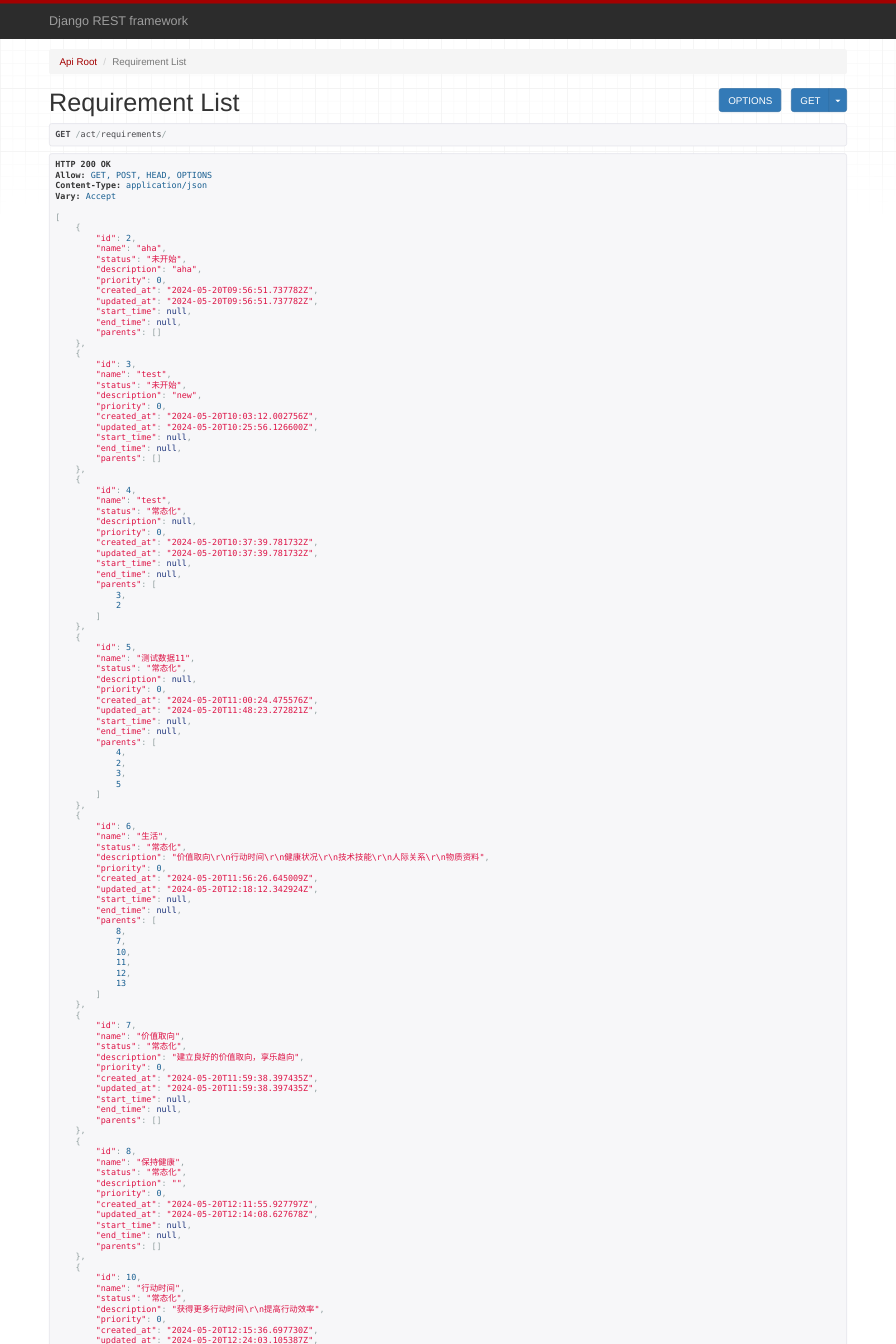
Repository: Floweroid/proj_mana
Page: http://localhost/act/requirements/
An editor plug-in stored every save of this project. The page is shown before and after a run of saves, followed by the edit.
The browser window is 1280 px wide. The pictures show the part of the page from y = 0 to 1920 px (the page is 3084 px tall before and 3182 px after), at 70% of full size.
Backgrounds fixed to the window are drawn as part of the page. The page is served by the project's application, run on Django 4.2 (manage.py). Other server files are loaded and not shown. The page reads the database file committed with the project.

Above is the page before, as saved 2024-05-20 08:43:40.

### act/models.py
from django.db import models

from django.db import models

class Requirement(models.Model):
    name = models.CharField(max_length=100, verbose_name='名称')
    STATUS_CHOICES = (
        ('常态化', '常态化'),
        ('已取消', '已取消'),
        ('已完成', '已完成'),
        ('进行中', '进行中'),
        ('未开始', '未开始'),
    )
    status = models.CharField(max_length=10, choices=STATUS_CHOICES, verbose_name='状态', default='未开始')
    description = models.TextField(verbose_name='描述', null=True,blank=True)
    priority = models.IntegerField(verbose_name='优先级', default=0)
    created_at = models.DateTimeField(auto_now_add=True, verbose_name='创建时间')
    updated_at = models.DateTimeField(auto_now=True, verbose_name='更新时间')
    parents = models.ManyToManyField('self', through='RequirementRelationship', symmetrical=False, verbose_name='父需求')

    start_time = models.DateTimeField(verbose_name='开始时间', null=True, blank=True)
    end_time = models.DateTimeField(verbose_name='结束时间', null=True, blank=True)

    def __str__(self):
        return f"#{self.id}.{self.name}"

class RequirementRelationship(models.Model):
    from_requirement = models.ForeignKey(Requirement, related_name='from_requirements', on_delete=models.CASCADE,verbose_name='源需求')
    to_requirement = models.ForeignKey(Requirement, related_name='to_requirements', on_delete=models.CASCADE,verbose_name='衍生需求')
    created_at = models.DateTimeField(auto_now_add=True)
    updated_at = models.DateTimeField(auto_now=True)

    def __str__(self):
        return f"{self.from_requirement}->{self.to_requirement}"




class Note(models.Model):
    name = models.CharField(max_length=100, verbose_name='笔记名称')
    description = models.TextField(verbose_name='笔记',null=True)
    created_at = models.DateTimeField(auto_now_add=True, verbose_name='创建时间')
    updated_at = models.DateTimeField(auto_now=True, verbose_name='更新时间')

    def __str__(self):
        return self.name

### act/serializers.py
# serializers.py
from rest_framework import serializers
from .models import Note, Requirement



class NoteSerializer(serializers.ModelSerializer):
    class Meta:
        model = Note
        fields = ['status','name','description','priority','start_time','end_time']
class RequirementSerializer(serializers.ModelSerializer):
    class Meta:
        model = Requirement
        fields = '__all__'

### act/views.py
# views.py
from rest_framework import viewsets
from .models import Note, Requirement
from .serializers import NoteSerializer, RequirementSerializer

class NoteViewSet(viewsets.ModelViewSet):
    queryset = Note.objects.all()
    serializer_class = NoteSerializer

class RequirementViewSet(viewsets.ModelViewSet):
    queryset = Requirement.objects.all()
    serializer_class = RequirementSerializer

### proj_mana/urls.py
"""
URL configuration for proj_mana project.

The `urlpatterns` list routes URLs to views. For more information please see:
    https://docs.djangoproject.com/en/4.2/topics/http/urls/
Examples:
Function views
    1. Add an import:  from my_app import views
    2. Add a URL to urlpatterns:  path('', views.home, name='home')
Class-based views
    1. Add an import:  from other_app.views import Home
    2. Add a URL to urlpatterns:  path('', Home.as_view(), name='home')
Including another URLconf
    1. Import the include() function: from django.urls import include, path
    2. Add a URL to urlpatterns:  path('blog/', include('blog.urls'))
"""
from django.contrib import admin
from django.urls import include, path

urlpatterns = [
    path("plan/", include("plan.urls")),
    path("req/", include("req_doc.urls")),
    path("act/", include("act.urls")),
    path('admin/', admin.site.urls),

]

### req_doc/urls.py
# urls.py
from django.urls import path, include
from rest_framework.routers import DefaultRouter
from .views import ProjectViewSet, DefinitionViewSet, RequirementViewSet

router = DefaultRouter()
router.register(r'projects', ProjectViewSet)
router.register(r'definitions', DefinitionViewSet)
router.register(r'requirements', RequirementViewSet)

urlpatterns = [
    path('', include(router.urls)),
]

### act/urls.py
# urls.py
from django.urls import path, include
from rest_framework.routers import DefaultRouter
from .views import RequirementViewSet

router = DefaultRouter()
router.register(r'requirements', RequirementViewSet)

urlpatterns = [
    path('', include(router.urls)),
]

### db.sqlite3 (the tables this page reads, as SQL)
CREATE TABLE "act_requirement" ("id" integer NOT NULL PRIMARY KEY AUTOINCREMENT, "name" varchar(100) NOT NULL, "status" varchar(10) NOT NULL, "description" text NULL, "priority" integer NOT NULL, "created_at" datetime NOT NULL, "updated_at" datetime NOT NULL, "end_time" datetime NULL, "start_time" datetime NULL);
INSERT INTO "act_requirement" VALUES
(2, 'aha', '未开始', 'aha', 0, '2024-05-20 09:56:51.737782', '2024-05-20 09:56:51.737782', NULL, NULL),
(3, 'test', '未开始', 'new', 0, '2024-05-20 10:03:12.002756', '2024-05-20 10:25:56.126600', NULL, NULL),
(4, 'test', '常态化', NULL, 0, '2024-05-20 10:37:39.781732', '2024-05-20 10:37:39.781732', NULL, NULL),
(5, '测试数据11', '常态化', NULL, 0, '2024-05-20 11:00:24.475576', '2024-05-20 11:48:23.272821', NULL, NULL),
(6, '生活', '常态化', '价值取向
行动时间
健康状况
技术技能
人际关系
物质资料', 0, '2024-05-20 11:56:26.645009', '2024-05-20 12:18:12.342924', NULL, NULL),
(7, '价值取向', '常态化', '建立良好的价值取向，享乐趋向', 0, '2024-05-20 11:59:38.397435', '2024-05-20 11:59:38.397435', NULL, NULL),
(8, '保持健康', '常态化', '', 0, '2024-05-20 12:11:55.927797', '2024-05-20 12:14:08.627678', NULL, NULL),
(10, '行动时间', '常态化', '获得更多行动时间
提高行动效率', 0, '2024-05-20 12:15:36.697730', '2024-05-20 12:24:03.105387', NULL, NULL),
(11, '技术技能', '常态化', '', 0, '2024-05-20 12:16:13.933418', '2024-05-20 12:23:20.174090', NULL, NULL),
(12, '物质资料', '常态化', '', 0, '2024-05-20 12:16:43.565997', '2024-05-20 12:22:35.271229', NULL, NULL),
(13, '人际关系', '常态化', '', 0, '2024-05-20 12:17:26.345968', '2024-05-20 12:17:26.345968', NULL, NULL);

CREATE TABLE "act_requirementrelationship" ("id" integer NOT NULL PRIMARY KEY AUTOINCREMENT, "created_at" datetime NOT NULL, "updated_at" datetime NOT NULL, "from_requirement_id" bigint NOT NULL REFERENCES "act_requirement" ("id") DEFERRABLE INITIALLY DEFERRED, "to_requirement_id" bigint NOT NULL REFERENCES "act_requirement" ("id") DEFERRABLE INITIALLY DEFERRED);
INSERT INTO "act_requirementrelationship" VALUES
(2, '2024-05-20 10:37:39.790740', '2024-05-20 10:37:39.790740', 4, 3),
(3, '2024-05-20 10:37:39.790740', '2024-05-20 10:37:39.790740', 4, 2),
(4, '2024-05-20 11:00:24.483582', '2024-05-20 11:00:24.483582', 5, 4),
(5, '2024-05-20 11:00:24.484583', '2024-05-20 11:00:24.484583', 5, 2),
(6, '2024-05-20 11:00:24.484583', '2024-05-20 11:00:24.484583', 5, 3),
(7, '2024-05-20 11:47:50.992612', '2024-05-20 11:47:50.992612', 5, 5),
(8, '2024-05-20 12:14:10.367260', '2024-05-20 12:14:10.367260', 6, 8),
(9, '2024-05-20 12:18:14.080741', '2024-05-20 12:18:14.080741', 6, 7),
(10, '2024-05-20 12:18:14.081742', '2024-05-20 12:18:14.081742', 6, 10),
(11, '2024-05-20 12:18:14.081742', '2024-05-20 12:18:14.081742', 6, 11),
(12, '2024-05-20 12:18:14.081742', '2024-05-20 12:18:14.081742', 6, 12),
(13, '2024-05-20 12:18:14.081742', '2024-05-20 12:18:14.081742', 6, 13);

Loaded but not shown: plan/urls.py (common file)

After the next 2 saves:
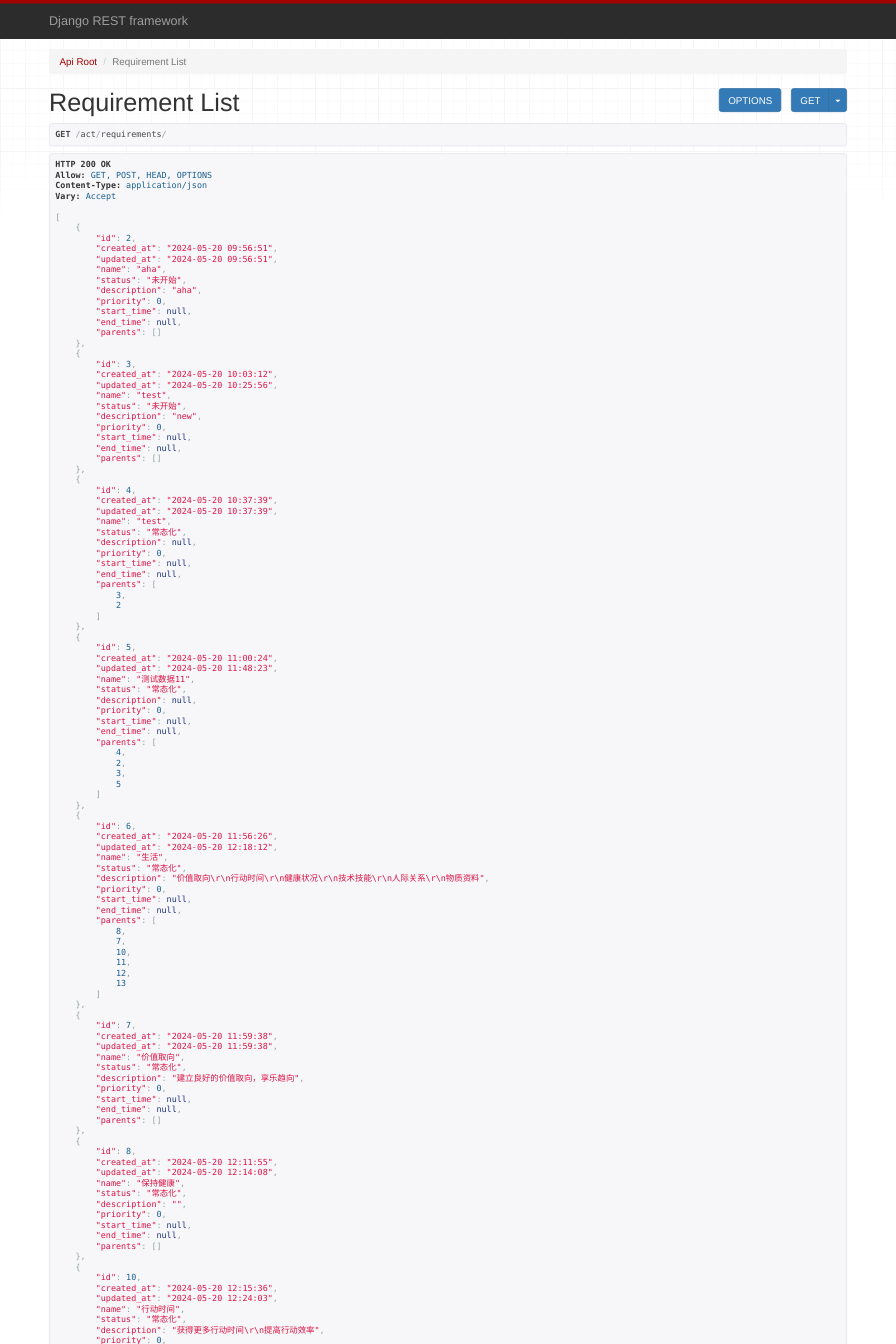
The 2 saves are shown as one change because they came seconds apart.
The last was saved 2 min 22 s later.
--- a/act/serializers.py
+++ b/act/serializers.py
@@ -8,7 +8,10 @@ class NoteSerializer(serializers.ModelSerializer):
     class Meta:
         model = Note
         fields = ['status','name','description','priority','start_time','end_time']
+
 class RequirementSerializer(serializers.ModelSerializer):
+    created_at = serializers.DateTimeField(format='%Y-%m-%d %H:%M:%S', required=False)
+    updated_at = serializers.DateTimeField(format='%Y-%m-%d %H:%M:%S', required=False)
     class Meta:
         model = Requirement
         fields = '__all__'
